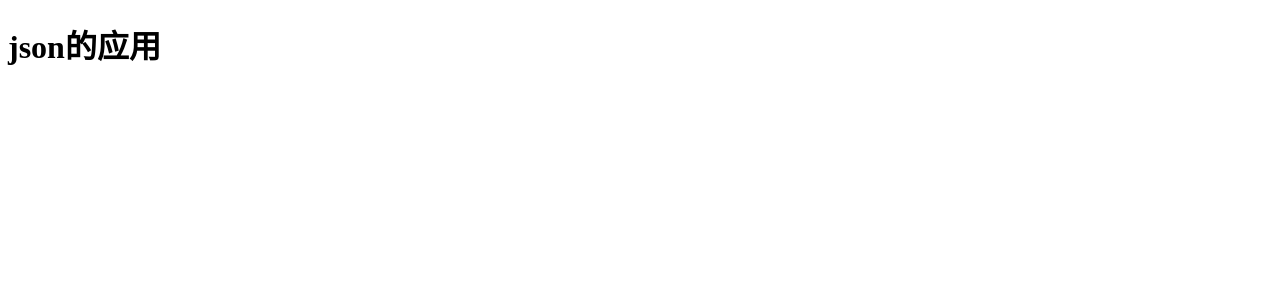
Repository: EthanZmr/myCode
Page: http://localhost/ajax/json.jsp
These files come from the project's save history. The page is drawn as it stood at one moment and after the next save; the edit follows.
The browser window is 1280 px wide. The pictures show the whole page.
The page is served by Tomcat 9.

Above is the page before, as saved 2018-12-22 14:14:02.

After the next save:
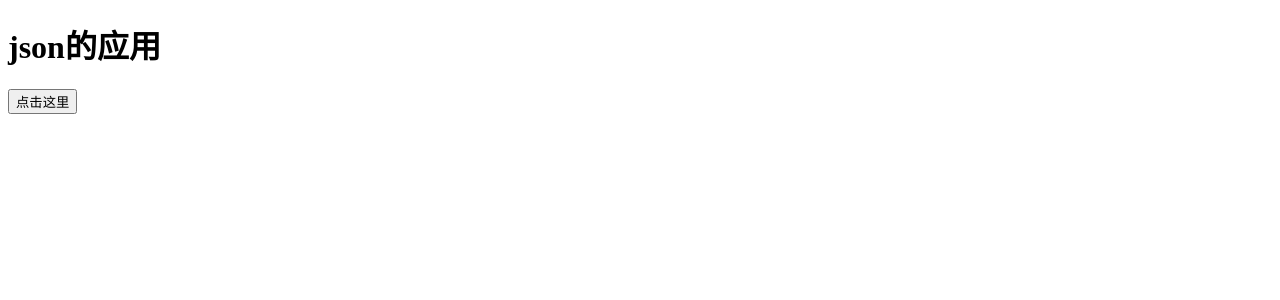
Saved 44 s later.
--- a/ajax/WebContent/json.jsp
+++ b/ajax/WebContent/json.jsp
@@ -16,5 +16,7 @@
 </script>
 <body>
 	<h1>json的应用</h1>
+	<button id="btn">点击这里</button>
+	<h3 id="h3"></h3>
 </body>
 </html>
